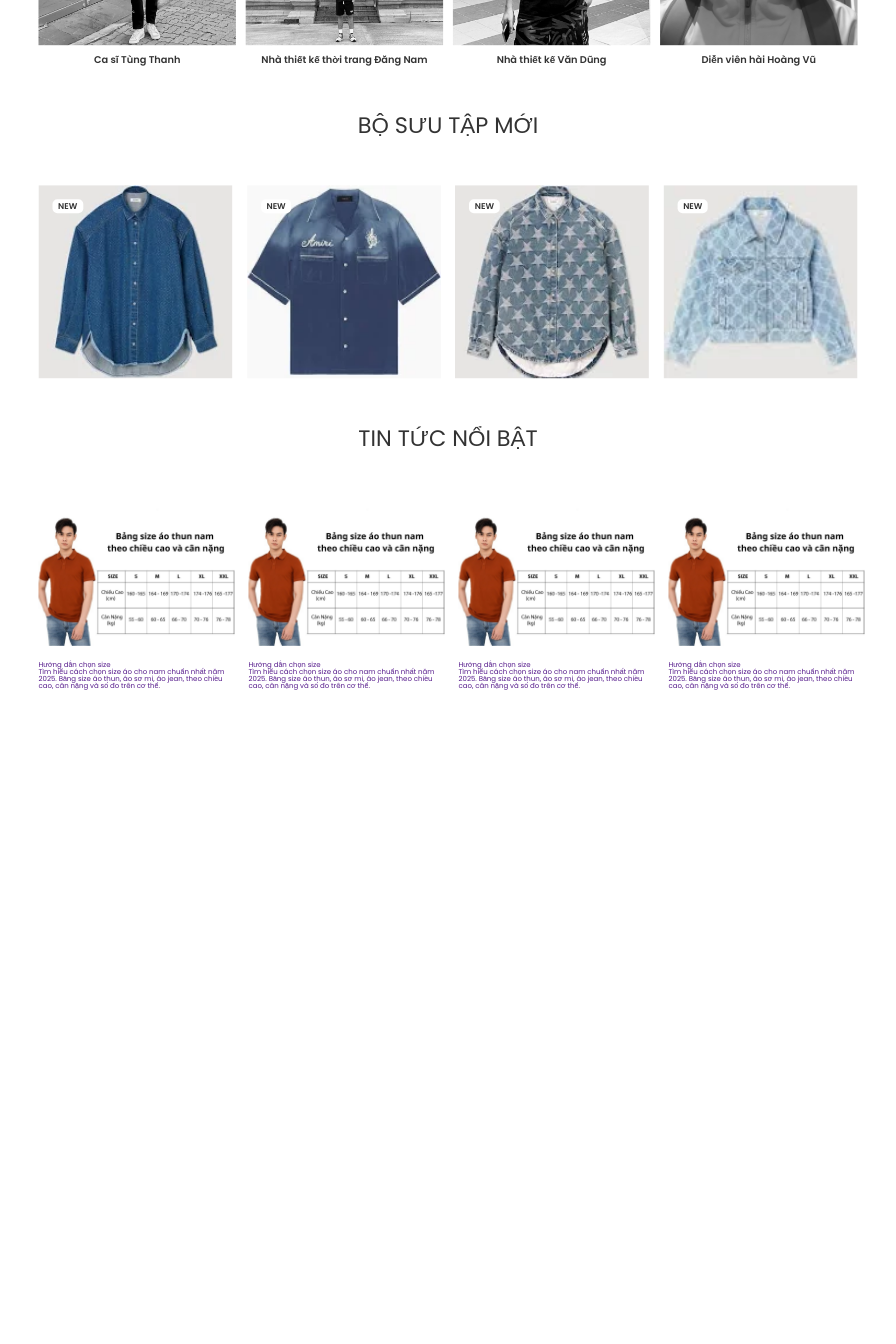
Repository: hoang28092000/kinsmanClothes
Page: index.html
The author's editor kept a copy of each file at every save. The page is drawn from the files as they stood at one save, then again after a run of saves.
The browser window is 1280 px wide. The pictures show the part of the page from y = 1851 to 3771 px (the page is 5080 px tall), at 70% of full size.

Above is the page before, as saved 2025-05-07 11:40:36.

After the next 3 saves:
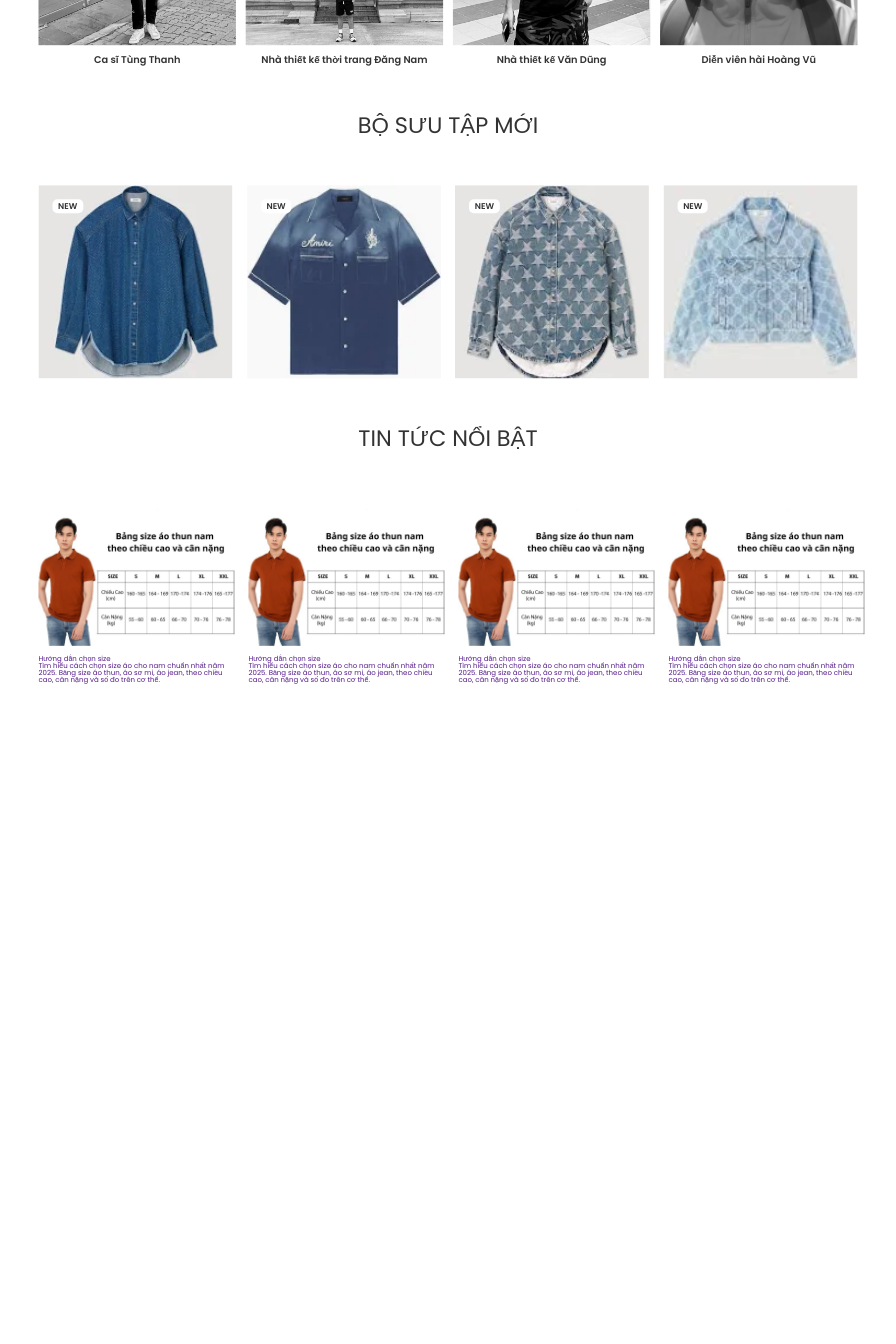
The 3 saves are shown as one change because they came seconds apart.
The last was saved 10 s later.
--- a/css/main.css
+++ b/css/main.css
@@ -320,5 +320,6 @@ header .logo img {
   text-decoration: none;
 }
 .info-news{
-  padding: 20px 0;
-}
+  padding: 12px 0;
+}
+if
